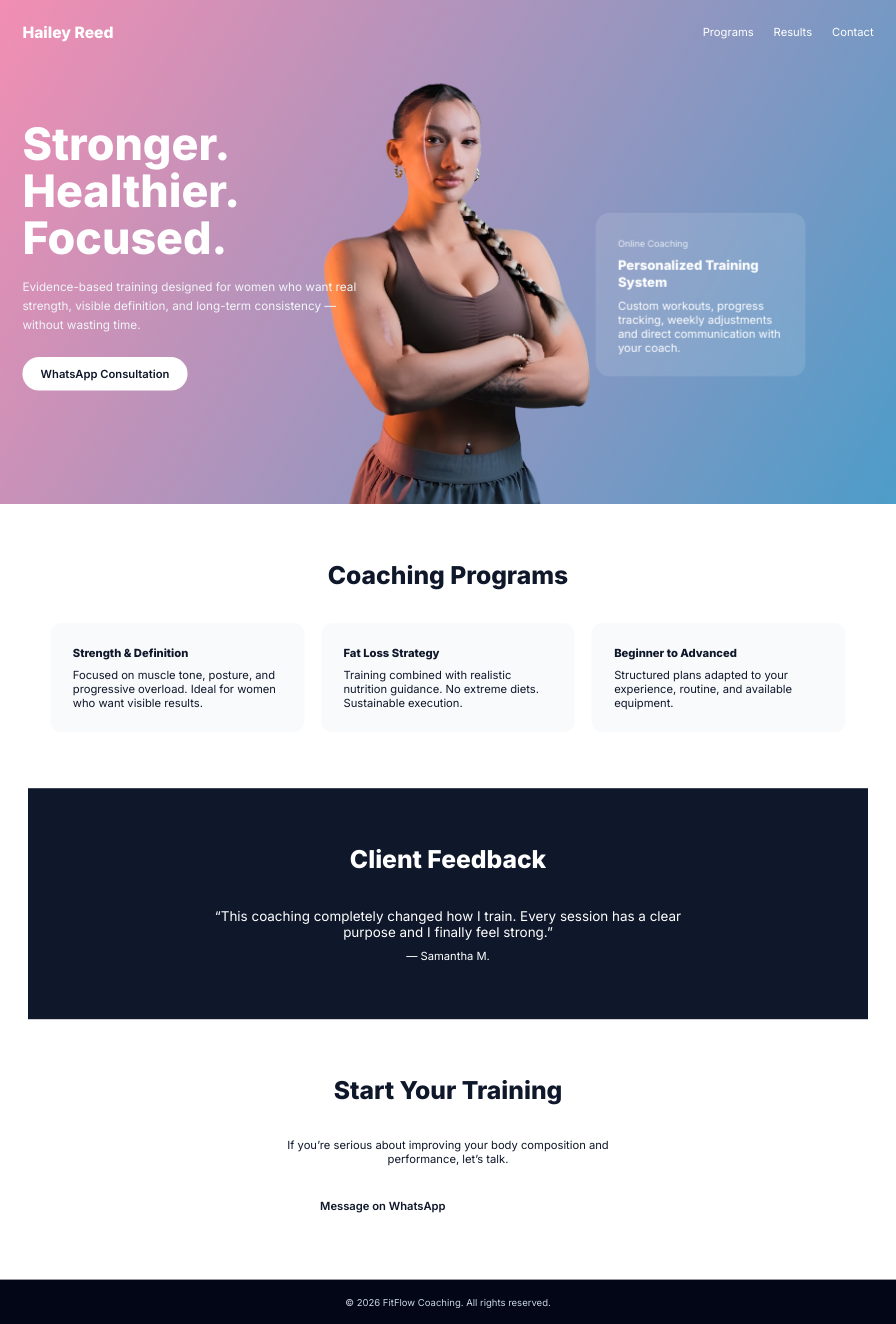
Repository: davidfsillva/Hailey-Reed-Coaching
Page: index.html
The author's editor kept a copy of each file at every save. The page is drawn from the files as they stood at one save, then again after the next save.
The browser window is 1280 px wide. The pictures show the whole page, at 70% of full size.

Above is the page before, as saved 2026-02-11 17:53:06.

### index.html
<!DOCTYPE html>
<html lang="en">
<head>
  <meta charset="UTF-8" />
  <meta name="viewport" content="width=device-width, initial-scale=1.0" />
  <title>Personal Trainer | Online Coaching</title>
  <link rel="stylesheet" href="style.css" />
  <link rel="preconnect" href="https://fonts.googleapis.com">
  <link rel="preconnect" href="https://fonts.gstatic.com" crossorigin>
  <link href="https://fonts.googleapis.com/css2?family=Inter:wght@400;600;800&display=swap" rel="stylesheet">
</head>
<body>

<header class="hero">
  <nav class="nav">
    <h1 class="logo">Hailey Reed</h1>
    <div class="nav-links">
      <a href="#programs">Programs</a>
      <a href="#results">Results</a>
      <a href="#contact">Contact</a>
    </div>
  </nav>

  <!-- IMAGEM DO TREINADOR -->
  <img class="hero-img" src="img/Photoroom_20260211_45117 PM.png" alt="Trainer" />

  <!-- GRADIENTE SOBRE A IMAGEM -->
  <div class="hero-gradient"></div>

  <!-- CONTEÚDO DO HERO -->
  <div class="hero-content">
    <div class="hero-text">


  <h2 class="hero-title">
    Stronger.<br>
    Healthier.<br>
    Focused.
  </h2>
      <p>
        Evidence-based training designed for women who want real strength,
        visible definition, and long-term consistency — without wasting time.
      </p>
      <div class="cta-group">
        <a href="https://wa.me/5599999999999" target="_blank" class="btn primary">
          WhatsApp Consultation
        </a>
      </div>
    </div>

    <div class="hero-card">
      <span class="tag">Online Coaching</span>
      <h3>Personalized Training System</h3>
      <p>
        Custom workouts, progress tracking, weekly adjustments
        and direct communication with your coach.
      </p>
    </div>
  </div>
</header>


<section id="programs" class="section">
  <h3>Coaching Programs</h3>

  <div class="cards">
    <div class="card">
      <h4>Strength & Definition</h4>
      <p>
        Focused on muscle tone, posture, and progressive overload.
        Ideal for women who want visible results.
      </p>
    </div>

    <div class="card">
      <h4>Fat Loss Strategy</h4>
      <p>
        Training combined with realistic nutrition guidance.
        No extreme diets. Sustainable execution.
      </p>
    </div>

    <div class="card">
      <h4>Beginner to Advanced</h4>
      <p>
        Structured plans adapted to your experience, routine,
        and available equipment.
      </p>
    </div>
  </div>
</section>

<section id="results" class="section dark">
  <h3>Client Feedback</h3>

  <div class="testimonial">
    <p>
      “This coaching completely changed how I train.
      Every session has a clear purpose and I finally feel strong.”
    </p>
    <span>— Samantha M.</span>
  </div>
</section>

<section id="contact" class="section">
  <h3>Start Your Training</h3>
  <p class="contact-text">
    If you’re serious about improving your body composition
    and performance, let’s talk.
  </p>

  <div class="cta-group center">
    <a href="https://wa.me/5599999999999" target="_blank" class="btn primary">
      Message on WhatsApp
    </a>
    <a href="https://instagram.com/seuinstagram" target="_blank" class="btn secondary">
      Visit Instagram
    </a>
  </div>
</section>

<footer class="footer">
  <p>© 2026 FitFlow Coaching. All rights reserved.</p>
</footer>

<script src="script.js"></script>
</body>
</html>

### style.css
:root {
  --pink: #f07aa5;
  --blue: #2e8bc0;
  --dark: #0f172a;
  --light: #ffffff;
  --muted: #cbd5e1;
}

* {
  margin: 0;
  padding: 0;
  box-sizing: border-box;
  font-family: 'Inter', sans-serif;
}

body {
  background: var(--light);
  color: var(--dark);
}

/* ================= HERO ================= */
.hero {
  position: relative;
  min-height: 100vh;
  padding: 32px;
  color: white;
  overflow: hidden;
}

/* IMAGEM DO TREINADOR */
/* IMAGEM DO TREINADOR */
.hero-img {
  position: absolute;
  top: 50%;
  left: 50%;
  transform: translate(-50%, -50%);
  width: 60%;
  max-width: 500px;
  height: auto;
  z-index: 2; /* imagem acima do gradiente */
}

/* GRADIENTE SOBRE A IMAGEM (agora atrás da imagem) */
.hero-gradient {
  position: absolute;
  top: 0;
  left: 0;
  width: 100%;
  height: 100%;
  background: linear-gradient(
    120deg,
    rgba(240,122,165,0.85),
    rgba(46,139,192,0.85)
  );
  z-index: 1; /* atrás da imagem */
}

/* CONTEÚDO DO HERO (texto e card) */
.hero-content {
  position: relative;
  z-index: 5; /* sempre acima da imagem */
}


/* TEXTO DO HERO */

.hero-text {
  display: flex;
  flex-direction: column;
  justify-content: center;
  height: 85vh;
}

/* Nome */
.trainer-name {
  font-size: 0.9rem;
  letter-spacing: 3px;
  text-transform: uppercase;
  opacity: 0.85;
  margin-bottom: 60px;
}

/* Título */
.hero-title {
  font-size: clamp(3rem, 6vw, 5rem);
}



/* Parágrafo */
.hero-text p {
  max-width: 500px;
  line-height: 1.6;
}


.hero-text h2 {
  font-size: clamp(2.8rem, 5vw, 4.2rem);
  line-height: 1.05;
  margin-bottom: 24px;
}

.hero-text p {
  max-width: 480px;
  font-size: 1.05rem;
  color: #f1f5f9;
}

/* BOTÕES */
.cta-group {
  display: flex;
  gap: 16px;
  margin-top: 32px;
  flex-wrap: wrap;
}

.btn {
  padding: 14px 26px;
  border-radius: 999px;
  font-weight: 600;
  text-decoration: none;
  transition: 0.3s;
}

.btn.primary {
  background: white;
  color: var(--dark);
}

.btn.secondary {
  border: 1px solid white;
  color: white;
}

.btn:hover {
  transform: translateY(-2px);
}

/* CARD COM BLUR */
.hero-card {
  position: absolute; /* posição relativa ao hero */
  top: 40%;           /* ajuste vertical: quanto mais alto o %, mais baixo ele fica */
  right: 8%;          /* distância da borda direita */
  width: 300px;       /* largura do card */
  background: rgba(255,255,255,0.12);
  backdrop-filter: blur(14px);
  padding: 32px;
  border-radius: 20px;
  z-index: 4;         /* acima da imagem */
}

/* TAG E TÍTULO DO CARD */
.hero-card .tag {
  font-size: 0.8rem;
  opacity: 0.8;
}

.hero-card h3 {
  margin: 12px 0;
}

/* ================= NAVBAR ================= */
.nav {
  position: relative;
  z-index: 10; /* maior que imagem, gradiente e card */

  display: flex;              /* ativa alinhamento horizontal */
  justify-content: space-between; /* logo esquerda, links direita */
  align-items: center;        /* centraliza verticalmente */
}

.nav-links a {
  position: relative;
  color: white;
  margin-left: 24px;
  text-decoration: none;
  font-weight: 500;
  padding-bottom: 4px;
}

.nav-links a::after {
  content: "";
  position: absolute;
  left: 0;
  bottom: 0;
  width: 0%;
  height: 2px;
  background: white;
  transition: width 0.3s ease;
}

.nav-links a:hover::after {
  width: 100%;
}



.logo {
  font-weight: 800;
  font-size: 1.4rem;
}

.nav-links a {
  color: white;
  margin-left: 24px;
  text-decoration: none;
  font-weight: 500;
}

/* ================= SECTIONS ================= */
.section {
  padding: 80px 32px;
  max-width: 1200px;
  margin: auto;
}

.section h3 {
  font-size: 2.2rem;
  margin-bottom: 48px;
  text-align: center;
}

.cards {
  display: grid;
  grid-template-columns: repeat(auto-fit,minmax(260px,1fr));
  gap: 24px;
}

.card {
  background: #f8fafc;
  padding: 32px;
  border-radius: 16px;
}

.card h4 {
  margin-bottom: 12px;
}

.dark {
  background: #0f172a;
  color: white;
}

.testimonial {
  max-width: 700px;
  margin: auto;
  text-align: center;
}

.testimonial p {
  font-size: 1.2rem;
  margin-bottom: 12px;
}

.contact-text {
  text-align: center;
  max-width: 520px;
  margin: 0 auto 32px;
}

.center {
  justify-content: center;
}

/* ================= FOOTER ================= */
.footer {
  padding: 24px;
  text-align: center;
  background: #020617;
  color: var(--muted);
  font-size: 0.85rem;
}

/* ================= RESPONSIVE ================= */
@media (max-width: 900px) {
  .hero-content {
    grid-template-columns: 1fr;
    text-align: center;
  }

  .hero-text p {
    margin: auto;
  }

  .hero-card {
    margin-top: 32px;
  }

  .hero-img {
    width: 90%; /* ajusta para telas menores */
  }

    .nav {
    flex-direction: column;
    gap: 16px;
  }

  .nav-links a {
    margin-left: 0;
  }
}

### script.js
// Smooth scroll for internal links
document.querySelectorAll('a[href^="#"]').forEach(anchor => {
  anchor.addEventListener('click', function (e) {
    e.preventDefault();
    document.querySelector(this.getAttribute('href'))
      .scrollIntoView({ behavior: 'smooth' });
  });
});

After the next save:
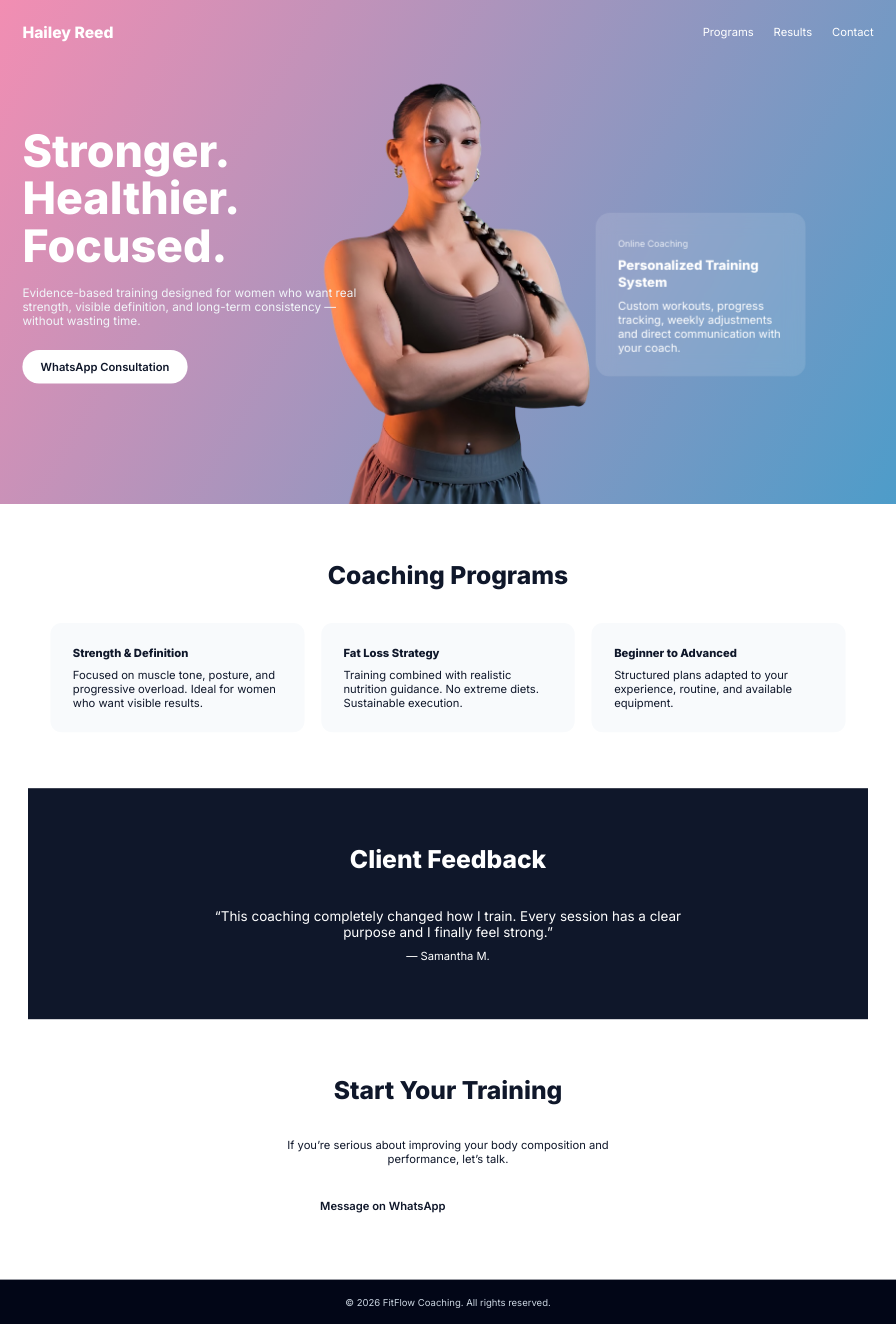
Saved 4 s later.
--- a/style.css
+++ b/style.css
@@ -85,7 +85,7 @@
   font-size: clamp(3rem, 6vw, 5rem);
 }
 
-
+hero-title
 
 /* Parágrafo */
 .hero-text p {

After the 5 saves that followed:
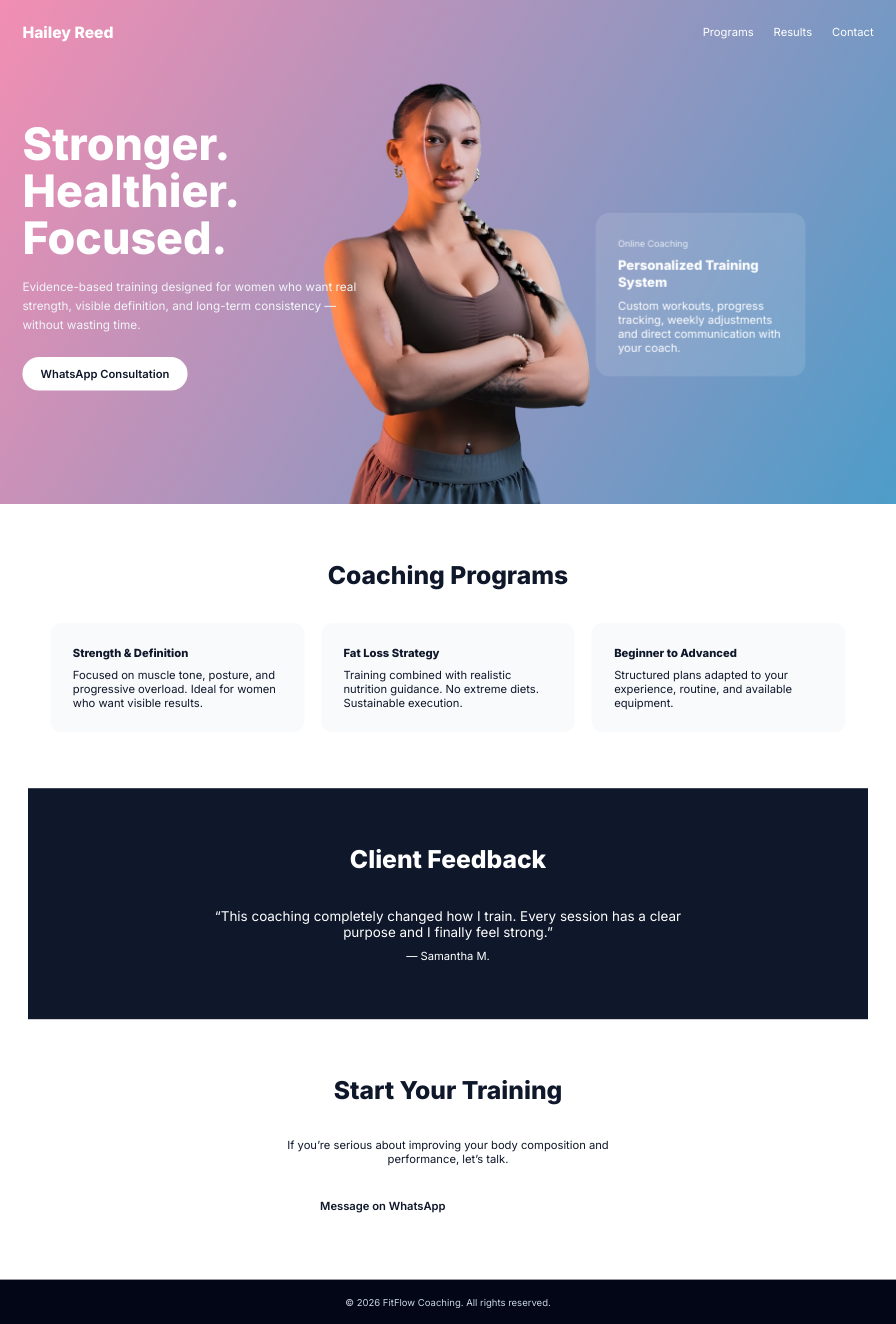
The 5 saves are shown as one change because 2 left the picture as it was and some came seconds apart.
The last was saved 18 s later.
--- a/style.css
+++ b/style.css
@@ -85,7 +85,9 @@
   font-size: clamp(3rem, 6vw, 5rem);
 }
 
-hero-title
+.hero-title h2 p {
+
+}
 
 /* Parágrafo */
 .hero-text p {
